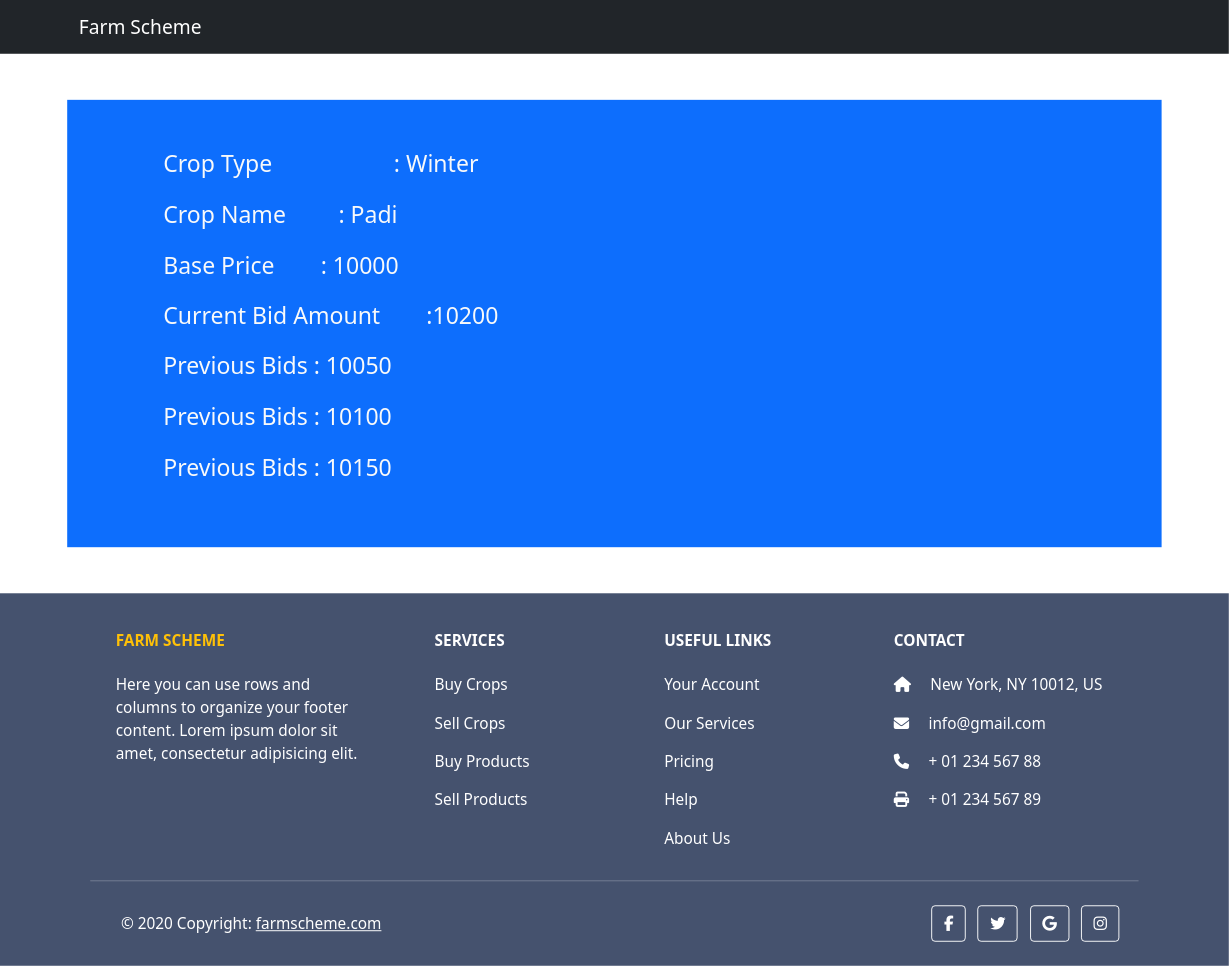
Repository: lavakumar17/Farmscheme
Page: http://localhost/demo/farmer/market_place.jsp
The author's editor kept a copy of each file at every save. The page is drawn from the files as they stood at one save, then again after the next save.
The browser window is 1280 px wide. The pictures show the whole page, at 96% of full size.
Some web libraries are served in a nearby version. The page is served by Tomcat 9.

Above is the page before, as saved 2022-06-23 02:53:59.

After the next save:
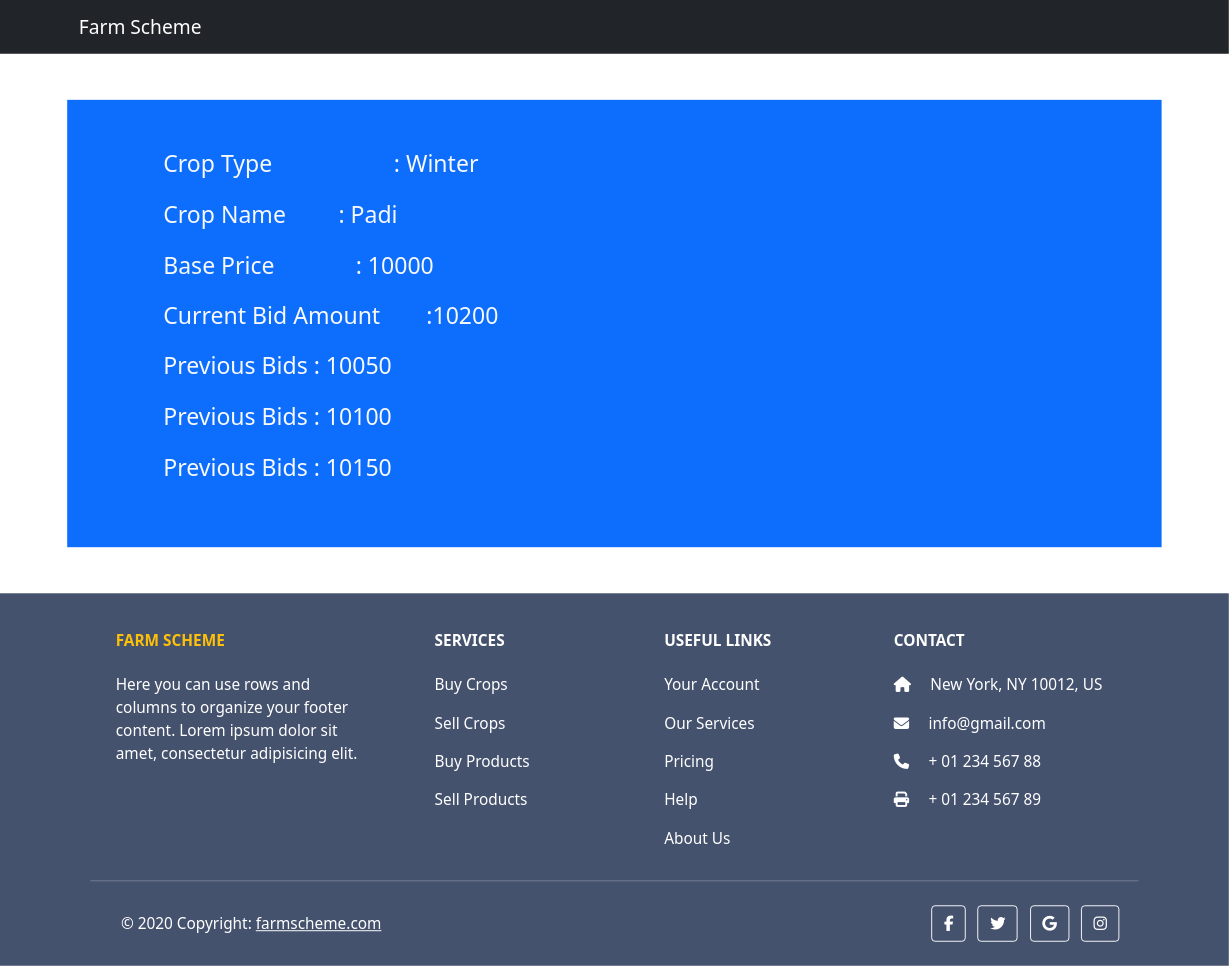
Saved 6 s later.
--- a/MainProject/demo/src/main/webapp/farmer/market_place.jsp
+++ b/MainProject/demo/src/main/webapp/farmer/market_place.jsp
@@ -57,7 +57,7 @@
 </span></h4>
 </div>
 <div class="p-1">
-<h4><span><label>Base Price&emsp;&emsp;:</label> 10000
+<h4><span><label>Base Price&emsp;&emsp;&ensp;&nbsp;&ensp;&nbsp;:</label> 10000
 </span></h4>
 </div>
 <div class="p-1">
